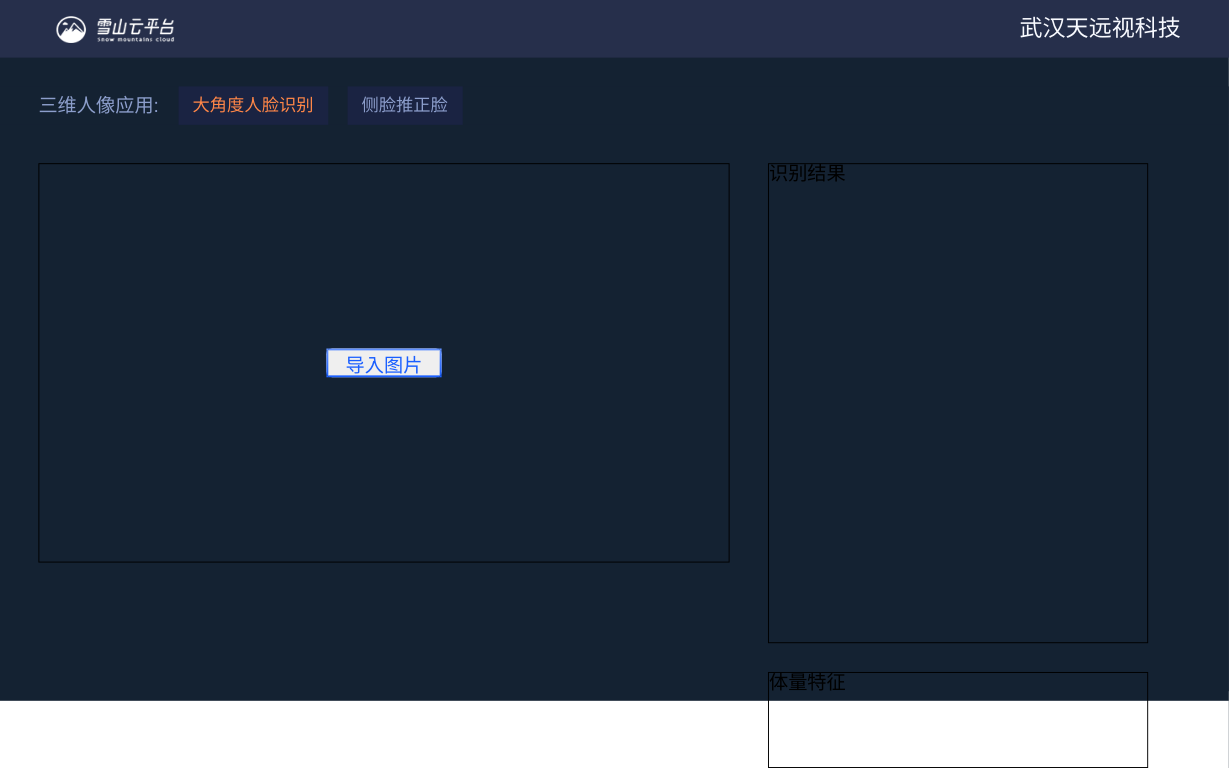
Repository: fyt2020/pubilcDemlo
Page: /
These files come from the project's save history. The page is drawn as it stood at one moment and after the next save; the edit follows.
The browser window is 1280 px wide. The pictures show the whole page, at 96% of full size.
The project was rebuilt for these pictures with package versions that can differ from the ones it lists, and the page was loaded fresh each time.

Above is the page before, as saved 2020-04-28 11:02:09.

After the next save:
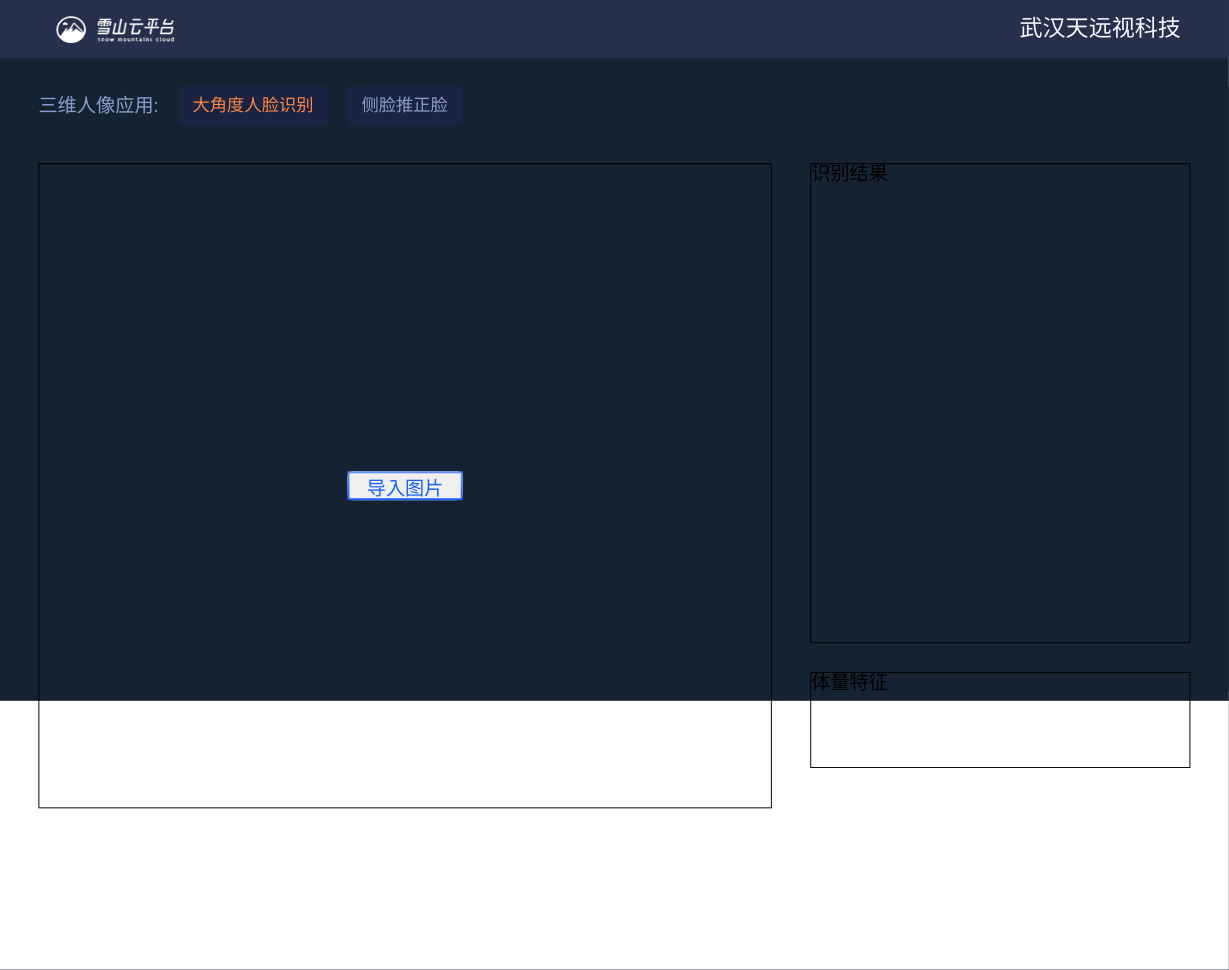
Saved 42 s later.
--- a/src/assets/css/bigAngle.scss
+++ b/src/assets/css/bigAngle.scss
@@ -3,8 +3,8 @@
      width: 100%;
      height: 100%;
      .bigAngle__left{
-        width: 60%;
-        height: 100%;
+        width: 994px;
+        height: 840px;
         margin-right: 40px;
         display: flex;
         flex-direction: column;
